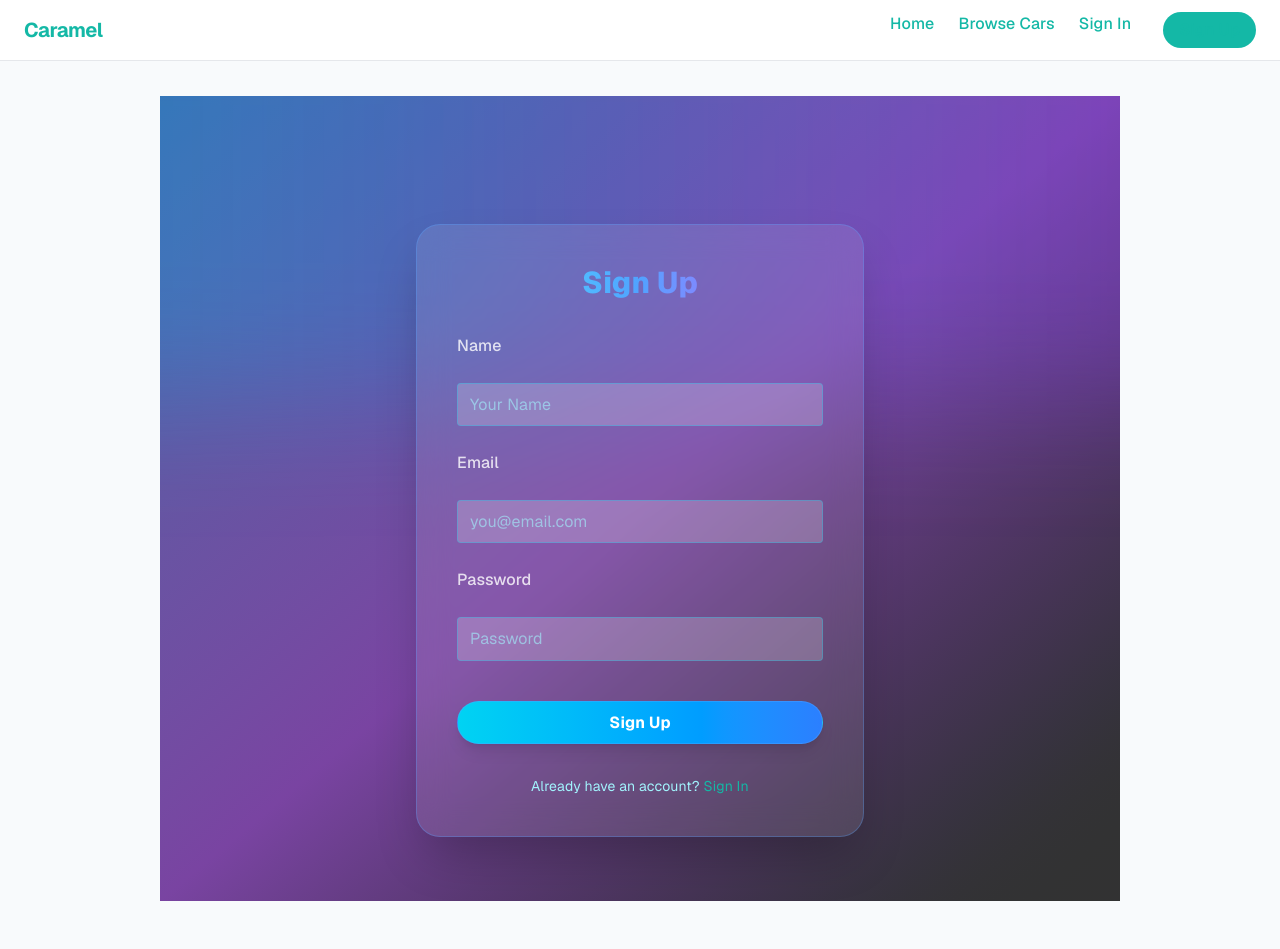
Repository: virat07/sellyourcar
Page: /auth/signup
These files come from the project's save history. The page is drawn as it stood at one moment and after the next save; the edit follows.
The browser window is 1280 px wide. The pictures show the whole page.
The project was rebuilt for these pictures with package versions that can differ from the ones it lists, and the page was loaded fresh each time. The framework's server and built-in components were replaced by stand-ins that run in the browser. Also part of the build but not shown: next.config.ts.

Above is the page before, as saved 2025-07-18 15:19:04.

### src/app/layout.tsx
import type { Metadata } from "next";
import { Geist, Geist_Mono } from "next/font/google";
import "./globals.css";
import NavBar from "../components/NavBar";

const geistSans = Geist({
  variable: "--font-geist-sans",
  subsets: ["latin"],
});

const geistMono = Geist_Mono({
  variable: "--font-geist-mono",
  subsets: ["latin"],
});

export const metadata: Metadata = {
  title: "Create Next App",
  description: "Generated by create next app",
};

export default function RootLayout({
  children,
}: Readonly<{
  children: React.ReactNode;
}>) {
  return (
    <html lang="en">
      <body className={`${geistSans.variable} ${geistMono.variable} antialiased bg-[var(--background)] text-[var(--foreground)]`}>
        <NavBar />
        <div className="max-w-5xl mx-auto px-4 sm:px-8 pt-24 pb-12">
          {children}
        </div>
      </body>
    </html>
  );
}

### src/app/auth/signup/page.tsx
export default function SignUpPage() {
  return (
    <main className="relative flex flex-col items-center justify-center min-h-[90vh] pt-32 pb-16 px-4 overflow-hidden">
      <div className="absolute inset-0 -z-10 bg-gradient-to-br from-blue-900 via-purple-900 to-black animate-gradient-move opacity-80" />
      <div className="absolute -top-32 left-1/2 -translate-x-1/2 w-[120vw] h-[60vh] bg-gradient-to-r from-cyan-400/30 via-blue-500/20 to-purple-600/30 rounded-full blur-3xl animate-pulse-slow" />
      <form className="relative z-10 bg-white/10 backdrop-blur-lg rounded-3xl shadow-2xl border border-blue-400/30 p-10 w-full max-w-md flex flex-col gap-6">
        <h2 className="text-3xl font-extrabold text-transparent bg-clip-text bg-gradient-to-r from-cyan-300 via-blue-400 to-purple-500 animate-gradient-x mb-2 text-center">Sign Up</h2>
        <label className="text-left font-medium text-white/80">Name</label>
        <input type="text" className="border border-cyan-400/30 rounded px-3 py-2 bg-white/20 text-white placeholder:text-cyan-200/60 focus:border-cyan-400 focus:outline-none" placeholder="Your Name" required />
        <label className="text-left font-medium text-white/80">Email</label>
        <input type="email" className="border border-cyan-400/30 rounded px-3 py-2 bg-white/20 text-white placeholder:text-cyan-200/60 focus:border-cyan-400 focus:outline-none" placeholder="you@email.com" required />
        <label className="text-left font-medium text-white/80">Password</label>
        <input type="password" className="border border-cyan-400/30 rounded px-3 py-2 bg-white/20 text-white placeholder:text-cyan-200/60 focus:border-cyan-400 focus:outline-none" placeholder="Password" required />
        <button type="submit" className="mt-4 px-4 py-2 bg-gradient-to-r from-cyan-400 to-blue-500 text-white rounded-full shadow-lg hover:from-blue-500 hover:to-cyan-400 transition-all font-bold border border-blue-400/40 animate-glow">Sign Up</button>
        <div className="text-sm text-center mt-2 text-cyan-200">
          Already have an account? <a href="/auth/signin" className="text-cyan-300 hover:underline">Sign In</a>
        </div>
      </form>
    </main>
  );
}

### src/app/globals.css
@import "tailwindcss";

:root {
  --background: #f8fafc;
  --foreground: #18181b;
  --accent: #14b8a6;
  --border: #e5e7eb;
}

@media (prefers-color-scheme: dark) {
  :root {
    --background: #18181b;
    --foreground: #f1f5f9;
    --accent: #2dd4bf;
    --border: #334155;
  }
}

body {
  background: var(--background);
  color: var(--foreground);
  font-family: var(--font-geist-sans, Arial, Helvetica, sans-serif);
  font-weight: 400;
  letter-spacing: 0.01em;
  line-height: 1.6;
  margin: 0;
  padding: 0;
}

* {
  box-sizing: border-box;
}

a {
  color: var(--accent);
  text-decoration: none;
  transition: color 0.2s;
}
a:hover {
  text-decoration: underline;
  color: #0d9488;
}

input, button, textarea, select {
  font-family: inherit;
  font-size: 1rem;
}

### src/components/NavBar.tsx
import Link from "next/link";

export default function NavBar() {
  return (
    <nav className="w-full bg-white border-b border-[var(--border)] py-3 px-6 flex items-center justify-between fixed top-0 left-0 z-50 shadow-none">
      <div className="text-xl font-bold tracking-tight text-[var(--accent)]">
        <Link href="/">Caramel</Link>
      </div>
      <div className="flex gap-6 text-base font-medium">
        <Link href="/" className="hover:text-[var(--accent)] transition-colors">Home</Link>
        <Link href="/cars" className="hover:text-[var(--accent)] transition-colors">Browse Cars</Link>
        <Link href="/auth/signin" className="hover:text-[var(--accent)] transition-colors">Sign In</Link>
        <Link href="/auth/signup" className="ml-2 px-4 py-1.5 bg-[var(--accent)] text-white rounded-full hover:bg-blue-700 transition-colors font-semibold">Sign Up</Link>
      </div>
    </nav>
  );
}

After the next save:
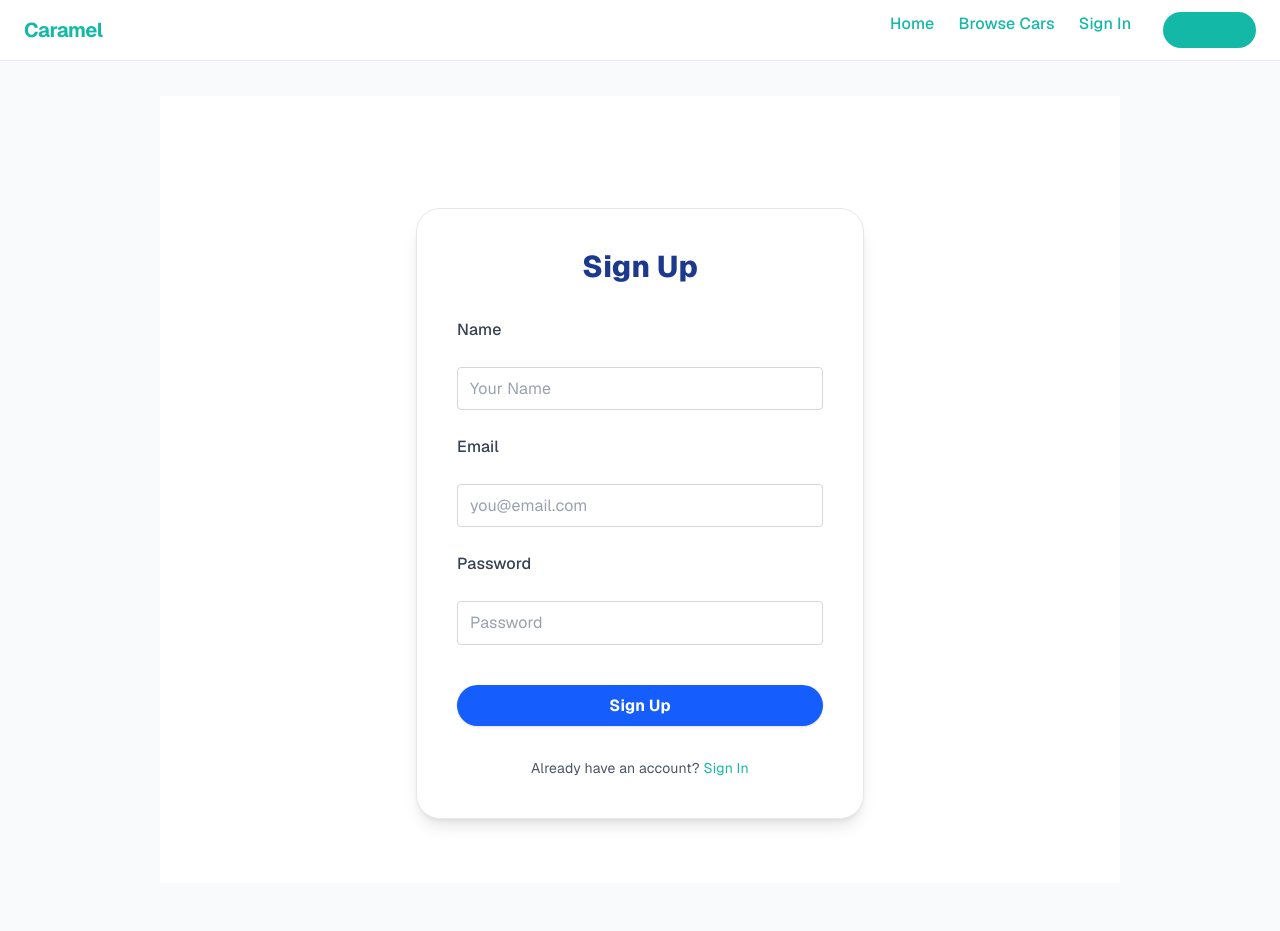
Saved 4 s later.
--- a/src/app/auth/signup/page.tsx
+++ b/src/app/auth/signup/page.tsx
@@ -1,19 +1,17 @@
 export default function SignUpPage() {
   return (
-    <main className="relative flex flex-col items-center justify-center min-h-[90vh] pt-32 pb-16 px-4 overflow-hidden">
-      <div className="absolute inset-0 -z-10 bg-gradient-to-br from-blue-900 via-purple-900 to-black animate-gradient-move opacity-80" />
-      <div className="absolute -top-32 left-1/2 -translate-x-1/2 w-[120vw] h-[60vh] bg-gradient-to-r from-cyan-400/30 via-blue-500/20 to-purple-600/30 rounded-full blur-3xl animate-pulse-slow" />
-      <form className="relative z-10 bg-white/10 backdrop-blur-lg rounded-3xl shadow-2xl border border-blue-400/30 p-10 w-full max-w-md flex flex-col gap-6">
-        <h2 className="text-3xl font-extrabold text-transparent bg-clip-text bg-gradient-to-r from-cyan-300 via-blue-400 to-purple-500 animate-gradient-x mb-2 text-center">Sign Up</h2>
-        <label className="text-left font-medium text-white/80">Name</label>
-        <input type="text" className="border border-cyan-400/30 rounded px-3 py-2 bg-white/20 text-white placeholder:text-cyan-200/60 focus:border-cyan-400 focus:outline-none" placeholder="Your Name" required />
-        <label className="text-left font-medium text-white/80">Email</label>
-        <input type="email" className="border border-cyan-400/30 rounded px-3 py-2 bg-white/20 text-white placeholder:text-cyan-200/60 focus:border-cyan-400 focus:outline-none" placeholder="you@email.com" required />
-        <label className="text-left font-medium text-white/80">Password</label>
-        <input type="password" className="border border-cyan-400/30 rounded px-3 py-2 bg-white/20 text-white placeholder:text-cyan-200/60 focus:border-cyan-400 focus:outline-none" placeholder="Password" required />
-        <button type="submit" className="mt-4 px-4 py-2 bg-gradient-to-r from-cyan-400 to-blue-500 text-white rounded-full shadow-lg hover:from-blue-500 hover:to-cyan-400 transition-all font-bold border border-blue-400/40 animate-glow">Sign Up</button>
-        <div className="text-sm text-center mt-2 text-cyan-200">
-          Already have an account? <a href="/auth/signin" className="text-cyan-300 hover:underline">Sign In</a>
+    <main className="flex flex-col items-center justify-center min-h-[90vh] bg-white pt-28 pb-16 px-2">
+      <form className="bg-white border border-gray-200 rounded-3xl shadow-lg p-10 w-full max-w-md flex flex-col gap-6">
+        <h2 className="text-3xl font-extrabold text-blue-900 mb-2 text-center">Sign Up</h2>
+        <label className="text-left font-medium text-gray-700">Name</label>
+        <input type="text" className="border border-gray-300 rounded px-3 py-2 bg-white text-gray-900 placeholder:text-gray-400 focus:border-blue-500 focus:ring-2 focus:ring-blue-200 focus:outline-none" placeholder="Your Name" required />
+        <label className="text-left font-medium text-gray-700">Email</label>
+        <input type="email" className="border border-gray-300 rounded px-3 py-2 bg-white text-gray-900 placeholder:text-gray-400 focus:border-blue-500 focus:ring-2 focus:ring-blue-200 focus:outline-none" placeholder="you@email.com" required />
+        <label className="text-left font-medium text-gray-700">Password</label>
+        <input type="password" className="border border-gray-300 rounded px-3 py-2 bg-white text-gray-900 placeholder:text-gray-400 focus:border-blue-500 focus:ring-2 focus:ring-blue-200 focus:outline-none" placeholder="Password" required />
+        <button type="submit" className="mt-4 px-4 py-2 bg-blue-600 text-white rounded-full shadow hover:bg-blue-700 transition-all font-bold">Sign Up</button>
+        <div className="text-sm text-center mt-2 text-gray-600">
+          Already have an account? <a href="/auth/signin" className="text-blue-600 hover:underline">Sign In</a>
         </div>
       </form>
     </main>
